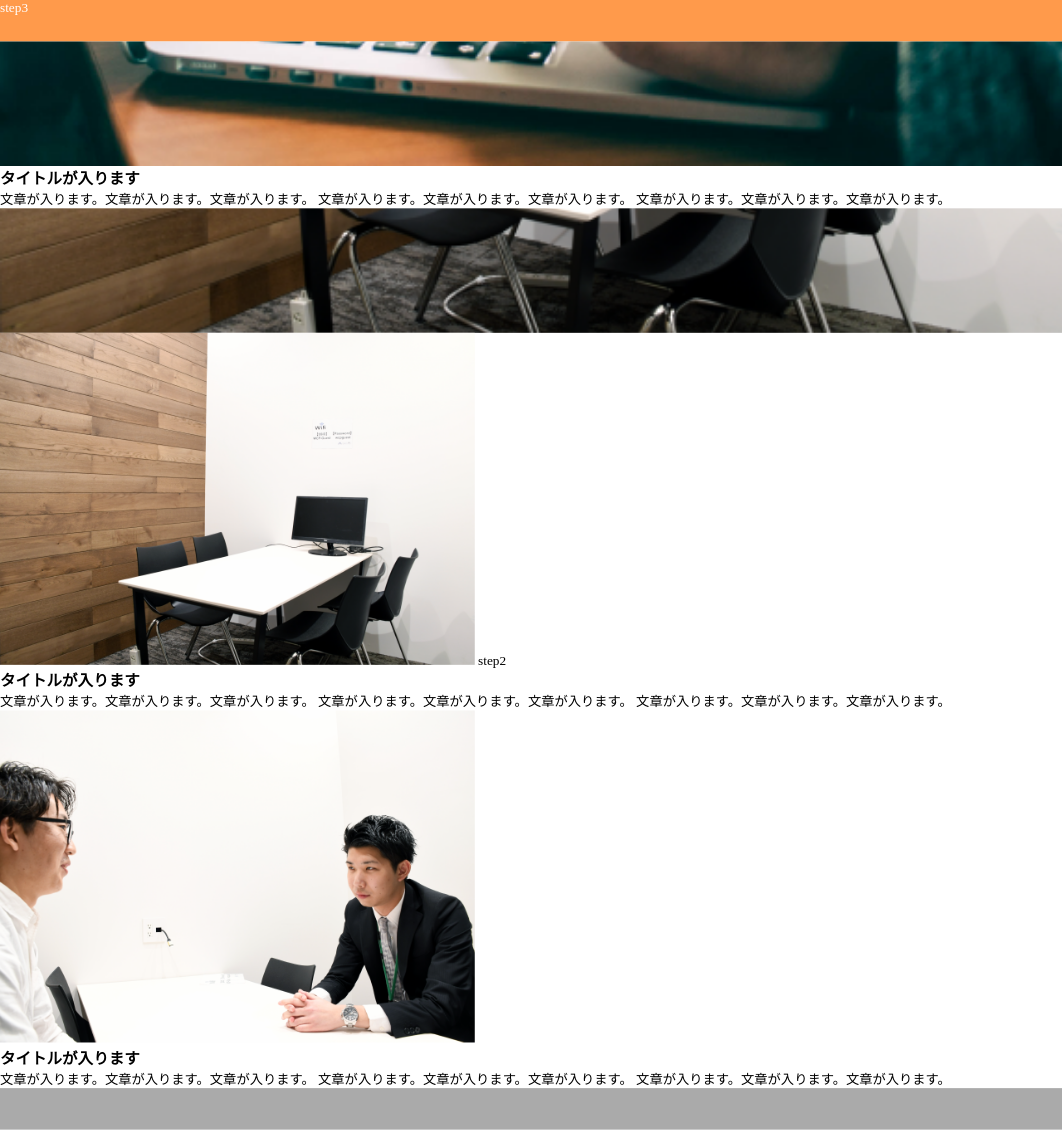
Repository: eyaonu/application2
Page: chapter9/answer9.html
The author's editor kept a record of every edit. The page is drawn from the files as they stood at one moment, then again after the next edit.
The browser window is 1280 px wide. The pictures show the whole page, at 83% of full size.

Above is the page before.

### chapter9/answer9.html
<!DOCTYPE html>
<html lang="ja">
  <head>
    <meta charset="UTF-8" />
    <!-- CSSファイルの読み込み -->
    <title>answer9</title>
    <link rel="stylesheet" href="style9.css" />
  </head>

  <body>
    <header></header>
    <main>
      <div claas="content-box">
      <div claas="step-box">
        <span class="step-num">step1</span>
        <div class="step-img1"></div>
        <!--<img claas="img" src="img/flow01.png" />-->
        <h3 claas="title">タイトルが入ります</h3>
        <p class="text">
          文章が入ります。文章が入ります。文章が入ります。
          文章が入ります。文章が入ります。文章が入ります。
          文章が入ります。文章が入ります。文章が入ります。
        </p>
      </div>

      <div claas="step-box">
        <div class="step-img2"></div>
        <img claas="img" src="img/flow02.png" />
        <span claas="step-num">step2</span>
        <h3 claas="title">タイトルが入ります</h3>
        <p class="text">
          文章が入ります。文章が入ります。文章が入ります。
          文章が入ります。文章が入ります。文章が入ります。
          文章が入ります。文章が入ります。文章が入ります。
        </p>
      </div>

      <div claas="step-box">
        <div claas="step-img3"></div>
        <img claas="img" src="img/flow03.png" />
        <span class="step-num">step3</span>
        <div claas="step-box">
        <h3>タイトルが入ります</h3>
        <p class="text">
          文章が入ります。文章が入ります。文章が入ります。
          文章が入ります。文章が入ります。文章が入ります。
          文章が入ります。文章が入ります。文章が入ります。
        </p>
      </div>
    </div>
    </main>
    <footer></footer>
  </body>
</html>

### chapter9/style9.css
* {
  box-sizing: border-box;
  margin: 0;
  padding: 0;
}

header {
  width: 100%;
  height: 50px;
  background-color: #FF9A4B;
}

main {
  width: 100%;
}

.content-box {
  width: 960px;
  margin: 50px auto;
  display: flex;
}

.step-box {
  width: 300px;
  margin-right: 30px;
  padding: 10px;
  position: relative;
  background-color: #EEEEEE;
}

.step-box:last-child {
  margin-right: 0;
}

.step-img1 {
  height: 150px;
  background-image: url(img/flow01.png);
  background-position: bottom;
  background-size: cover;
}

.step-img2 {
  height: 150px;
  background-image: url(img/flow02.png);
  background-position: bottom;
  background-size: cover;
}

.step-img3 {
  height: 150px;
  background-image: url(img/flow03.png);
  background-position: bottom;
  background-size: cover;
}

.step-num {
  position: absolute;
  top: 0;
  left: 0;
  background-color: #FF9A4B;
  color: #FFFFFF;
}

.title {
  margin: 15px 0 5px;
}

footer {
  height: 50px;
  background-color: #AAAAAA;
}

After the next edit:
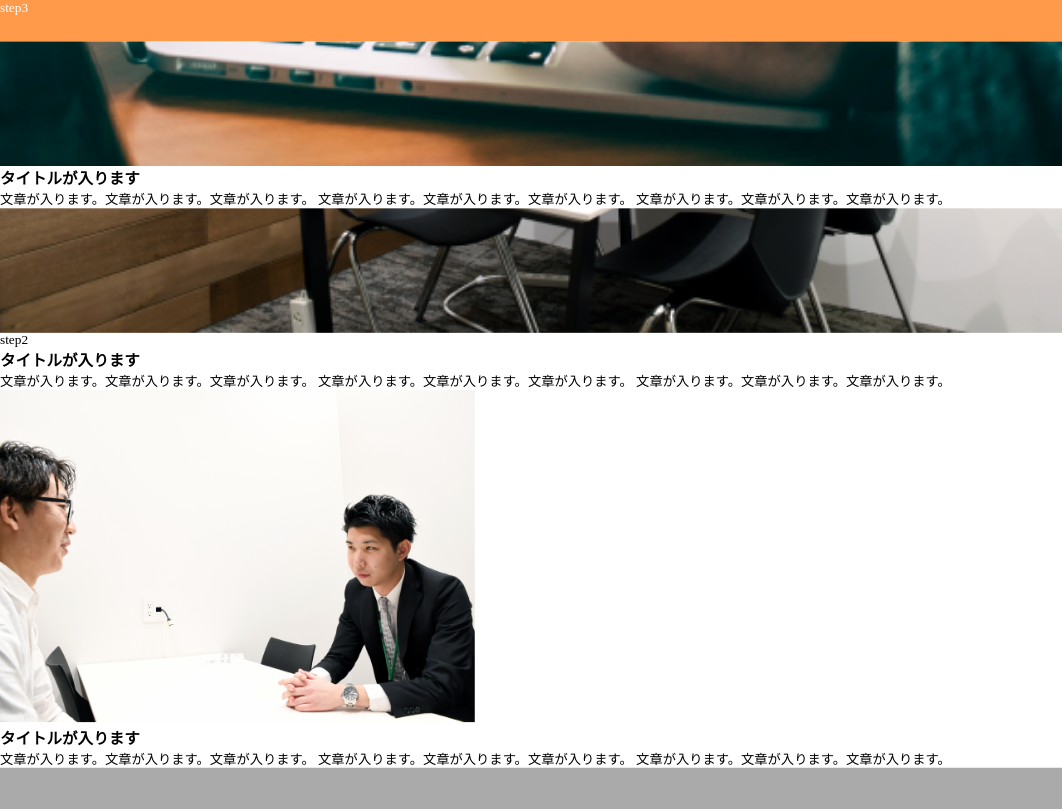
The edit:
--- a/chapter9/answer9.html
+++ b/chapter9/answer9.html
@@ -25,7 +25,7 @@
 
       <div claas="step-box">
         <div class="step-img2"></div>
-        <img claas="img" src="img/flow02.png" />
+        <!--<img claas="img" src="img/flow02.png" />-->
         <span claas="step-num">step2</span>
         <h3 claas="title">タイトルが入ります</h3>
         <p class="text">
